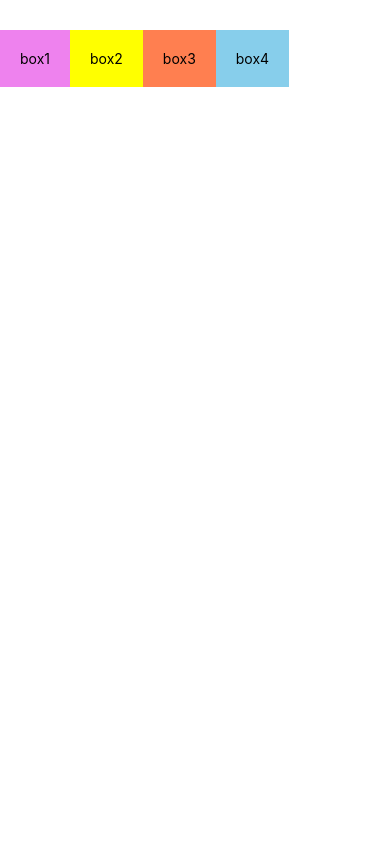
Repository: shiv0403/React-native-tutorial
Screen: /
The author's editor kept a copy of each file at every save. The screen is drawn from the files as they stood at one save, then again after a run of saves.
The app was drawn by React Native's web renderer in a window 390 px wide. The project was rebuilt for these pictures with package versions that can differ from the ones it lists, and the page was loaded fresh each time. Also part of the build but not shown: components/AddTodo.js, components/Header.js, components/TodoItem.js.

Above is the screen before, as saved 2021-02-11 11:23:50.

After the next 2 saves:
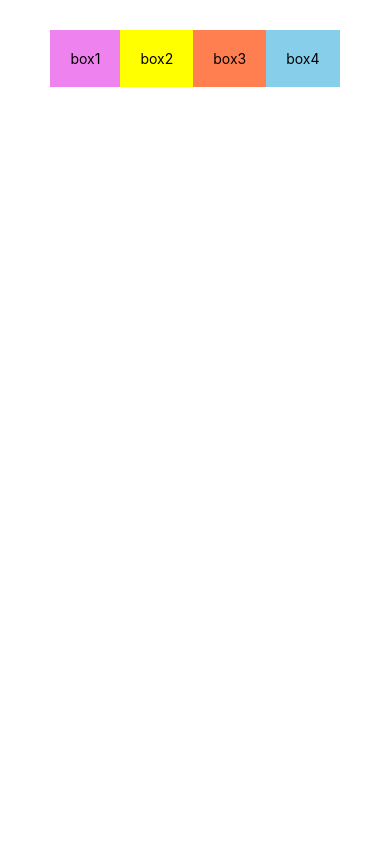
The 2 saves are shown as one change because they came seconds apart.
The last was saved 11 s later.
--- a/components/Flex.js
+++ b/components/Flex.js
@@ -16,6 +16,7 @@ const styles = StyleSheet.create({
   flex: {
     display: "flex",
     flexDirection: "row",
+    justifyContent: "center",
     marginTop: 30,
   },
   box1: {
